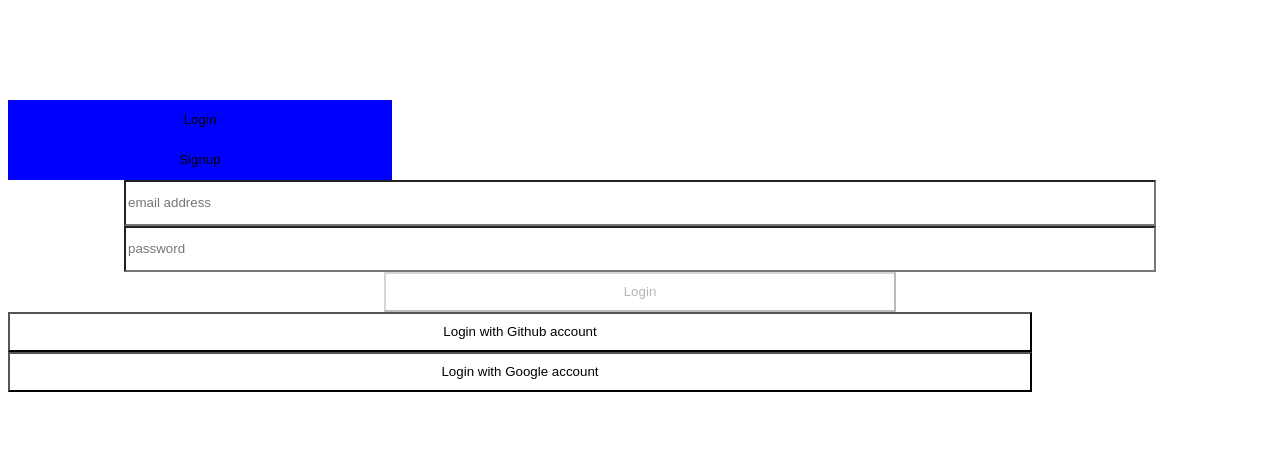
Repository: ValGrace/static-site-generator
Page: / (app in client-frontend/)
These files come from the project's save history. The page is drawn as it stood at one moment and after the next save; the edit follows.
The browser window is 1280 px wide. The pictures show the whole page.
The project was rebuilt for these pictures with package versions that can differ from the ones it lists, and the page was loaded fresh each time. Also part of the build but not shown: client-frontend/vite.config.js, client-frontend/src/Components/Signup.jsx, client-frontend/src/App.css.

Above is the page before, as saved 2023-02-04 12:49:07.

After the next save:
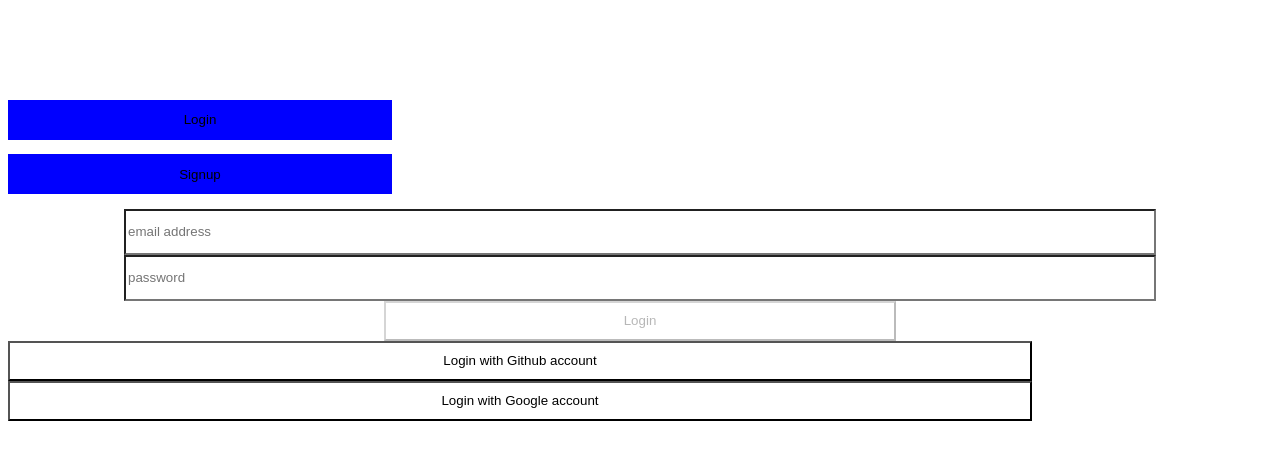
Saved 22 s later.
--- a/client-frontend/src/Components/Inputs.css
+++ b/client-frontend/src/Components/Inputs.css
@@ -17,6 +17,7 @@ input, button {
 .toggleForms {
     display: grid;
     grid-template-columns: 1 1;
+    gap: 0.9em;
 }
 
 .type-btn {
